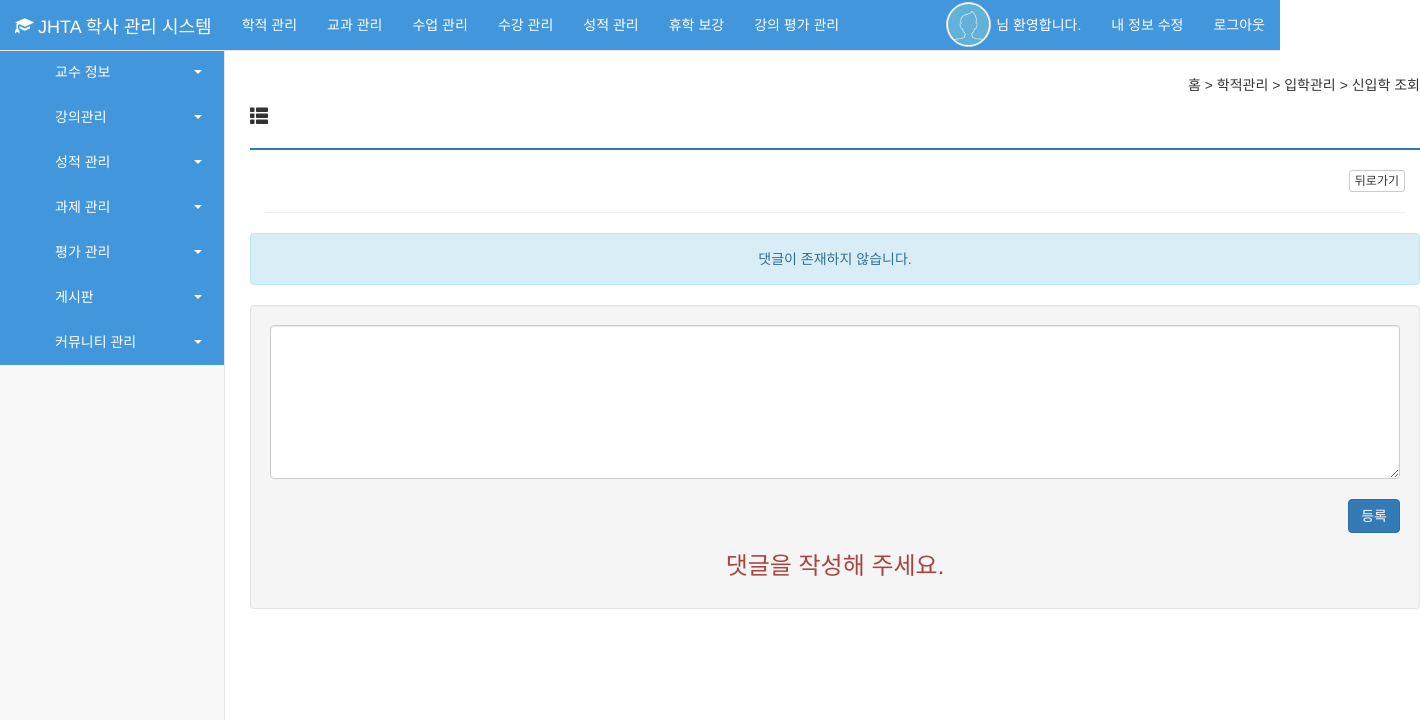
Repository: 92Hjun/spring
Page: http://localhost/spring-final/WEB-INF/views/profboard/profqnaboarddetail.jsp
These files come from the project's save history. The page is drawn as it stood at one moment and after the next save; the edit follows.
The browser window is 1280 px wide. The page is 1420 px wide, so the pictures cover 1420 px, including what lies to the right of the window. The pictures show the whole page.
Some web libraries are served in a nearby version. The page is served by Tomcat 9. Nobody is signed in. Other server files are loaded and not shown. The template is opened directly, without the code that normally fills it, so the values that code supplies are empty.

Above is the page before, as saved 2017-04-28 03:25:06.

### spring-final/src/main/webapp/WEB-INF/views/profboard/profqnaboarddetail.jsp
<%@ page language="java" contentType="text/html; charset=UTF-8"
    pageEncoding="UTF-8"%>
<%@taglib prefix="c" uri="http://java.sun.com/jsp/jstl/core" %>
<%@taglib prefix="fmt" uri="http://java.sun.com/jsp/jstl/fmt" %>
<!DOCTYPE html>
<html lang="ko">
<head>
<meta charset="UTF-8">
<meta name="viewport" content="width=device-width, initial-scale=1">
<link rel="stylesheet" href="https://maxcdn.bootstrapcdn.com/bootstrap/3.3.7/css/bootstrap.min.css">
<script src="https://ajax.googleapis.com/ajax/libs/jquery/3.1.1/jquery.min.js"></script>
<script src="https://maxcdn.bootstrapcdn.com/bootstrap/3.3.7/js/bootstrap.min.js"></script>
<title></title>
</head>
<body>
<%@ include file="/WEB-INF/views/navi/adminnavi.jsp" %>
<%@ include file="/WEB-INF/views/navi/sidebarprof.jsp" %>
	<div class="container" style="margin-left: 250px; padding-top:25px;">
		<div class="row text-right">
			홈 > 학적관리 > 입학관리 > 신입학 조회
		</div>
		<div class="row">
			<h4><span class="glyphicon glyphicon-th-list"></span>${board.title }</h4>
			<hr style="border:solid 0.5px #2C7BB5;">
		</div>
		<div class="container">
			<div class="text-center">
				<div>
					${board.contentsForHTML }
				</div>
				<c:if test="${!empty board.fileName }">
					<hr>
					<div>
						<img src="../resources/images/board/${board.fileName }">
					</div>
				</c:if>
			</div>
		</div>
		<div class="text-right">
			<a href="profqnaboard" class="btn btn-default btn-xs">뒤로가기</a>
		</div>
		<hr>
		<div class="row">
				<c:if test="${empty reviewList }">
					<div class="text-center">
						<div class="alert alert-info">댓글이 존재하지 않습니다.</div>
					</div>
				</c:if>
				<c:if test="${!empty reviewList }">
					<c:if test="${empty param.err eq 'invalid' }">
						<div class="text-center">
							<h3 class="text-danger">본인이 작성한 댓글만 삭제할수 있습니다.</h3>
						</div>
					</c:if>
					<c:forEach var="review" items="${reviewList }">
						<div class="well">
							<div class="">
								<strong>${review.writer }</strong>
								<span class="pull-right"><fmt:formatDate value="${review.regdate }"/></span>
							</div>
							<hr>
							<p>${review.contentsForBr }</p>
							<div class="text-right">
								<a href="deleteprofqnaboardreview?rno=${review.no }" class="btn btn-danger btn-xs">삭제</a>
							</div>
						</div>
						<hr>
					</c:forEach>
				</c:if>
			</div>
			<div class="row well">
				<form action="profqnaaddreview?bno=${board.no }" method="post">
					<textarea name="reviewContents" rows="7" class="form-control"></textarea>
					<div class="text-right" style="margin-top: 20px;">
						<button type="submit" class="btn btn-primary">등록</button>
					</div>
				</form>
				<c:if test="${!empty param.err eq 'deny' }">
					<div class="text-center">
						<h3 class="text-danger">댓글을 작성해 주세요.</h3>
					</div>
				</c:if>
			</div>
	</div>
<%@ include file="/WEB-INF/views/footer/footer.jsp" %>
</body>
</html>

### spring-final/src/main/webapp/WEB-INF/views/navi/adminnavi.jsp
<%@ page language="java" contentType="text/html; charset=UTF-8" pageEncoding="UTF-8"%>


 <style type="text/css">

@import url('//maxcdn.bootstrapcdn.com/font-awesome/4.4.0/css/font-awesome.min.css');

.navbar-default .navbar-nav #user-profile {
    height: 50px;
    padding-top: 15px;
    padding-left: 58px;
}

.navbar-default .navbar-nav #user-profile img {
    height: 45px;
    width: 45px;
    position: absolute;
    top: 2px;
    left: 8px;
    padding: 1px;
}

#wrapper {
    padding-top: 50px;
    padding-left: 0;
    -webkit-transition: all .5s ease;
    -moz-transition: all .5s ease;
    -o-transition: all .5s ease;
    transition: all .5s ease;
}

@media (min-width: 992px) {
    #wrapper {
        padding-left: 225px;
    }
}

@media (min-width: 992px) {
    #wrapper #sidebar-wrapper {
        width: 225px;
    }
}

#sidebar-wrapper {
    border-right: 1px solid #e7e7e7;
}

#sidebar-wrapper {
    z-index: 1000;
    position: fixed;
    left: 225px;
    width: 0;
    height: 100%;
    margin-left: -225px;
    overflow-y: auto;
    background: #f8f8f8;
    -webkit-transition: all .5s ease;
    -moz-transition: all .5s ease;
    -o-transition: all .5s ease;
    transition: all .5s ease;
}

#sidebar-wrapper .sidebar-nav {
    position: absolute;
    top: 0;
    width: 225px;
    font-size: 14px;
    margin: 0;
    padding: 0;
    list-style: none;
}

#sidebar-wrapper .sidebar-nav li {
    text-indent: 0;
    line-height: 45px;
}

#sidebar-wrapper .sidebar-nav li a {
    display: block;
    text-decoration: none;
    color: #fff;
}

#sidebar-wrapper .sidebar-nav li a .sidebar-icon {
    width: 45px;
    height: 45px;
    font-size: 14px;
    padding: 0 2px;
    display: inline-block;
    text-indent: 7px;
    margin-right: 10px;
    color: #000;
    float: left;
}

#sidebar-wrapper .sidebar-nav li a .caret {
  position: absolute;
  right: 23px;
  top: auto;
  margin-top: 20px;
}

#sidebar-wrapper .sidebar-nav li ul.panel-collapse {
    list-style: none;
    -moz-padding-start: 0;
    -webkit-padding-start: 0;
    -khtml-padding-start: 0;
    -o-padding-start: 0;
    padding-start: 0;
    padding: 0;
}

#sidebar-wrapper .sidebar-nav li ul.panel-collapse li i {
    margin-right: 10px;
}

#sidebar-wrapper .sidebar-nav li ul.panel-collapse li {
    text-indent: 15px;
}

@media (max-width: 992px) {
    #wrapper #sidebar-wrapper {
        width: 45px;
    }
    #wrapper #sidebar-wrapper #sidebar #sidemenu li ul {
        position: fixed;
        left: 45px;
        margin-top: -45px;
        z-index: 1000;
        width: 200px;
        height: 0;
    }
}

.sidebar-nav li a {
    color: #fff !important;
}
.sidebar-nav li ul li a {
	background-color: #fff !important;
	color: #0077e5 !important;
}
</style>
    <div id="navbar-wrapper">
        <header>
            <nav class="navbar navbar-default navbar-fixed-top" role="navigation" style="background-color: #4296dc;">
                <div class="container-fluid">
                    <div class="navbar-header">
                        <button type="button" class="navbar-toggle" data-toggle="collapse" data-target="#navbar-collapse">
                            <span class="sr-only">Toggle navigation</span>
                            <span class="icon-bar"></span>
                            <span class="icon-bar"></span>
                            <span class="icon-bar"></span>
                        </button>
                        <a class="navbar-brand" href="/jhta/admin/home" style="color: white;"><span class="glyphicon glyphicon-education"></span> JHTA 학사 관리 시스템</a>
                            <ul class="nav navbar-nav">
						      <li><a href="searchstud" style="color: white;">학적 관리</a></li>
						      <li><a href="semester" style="color: white;">교과 관리</a></li>
						      <li><a href="adminregstudent" style="color: white;">수업 관리</a></li>
						      <li><a href="adminregsubject" style="color: white;">수강 관리</a></li>
						      <li><a href="scorelist.do" style="color: white;">성적 관리</a></li>
						      <li><a href="supplementmakeuplesson.do" style="color: white;">휴학 보강</a></li>
						      <li><a href="scorelist.do" style="color: white;">강의 평가 관리</a></li>
    						</ul>
                    </div>

                    <div id="navbar-collapse" class="collapse navbar-collapse">
                        <ul class="nav navbar-nav navbar-right">
                        	<li><a id="user-profile" href="#"style="color: white;"><img src="/jhta/resources/images/student/PeoPleDefault.png" class="img-responsive img-thumbnail img-circle"> ${LOGIN_USER.name }님 환영합니다.</a></li>
                            <li><a href="#" style="color: white;">내 정보 수정</a></li>
                            <li><a href="/jhta/logout" style="color: white;">로그아웃</a></li>
                        </ul>
                    </div>
                </div>
            </nav>
        </header>
    </div>

### spring-final/src/main/webapp/WEB-INF/views/navi/sidebarprof.jsp
<%@ page language="java" contentType="text/html; charset=UTF-8"
    pageEncoding="UTF-8"%>

	<div id="wrapper">
        <div id="sidebar-wrapper">
            <aside id="sidebar">
                <ul id="sidemenu" class="sidebar-nav" style="background-color: #4296dc;">
                    <li>
                        <a class="accordion-toggle collapsed toggle-switch" data-toggle="collapse" data-target="#submenu-2">
                            <span class="sidebar-icon"></span><span class="sidebar-title">교수 정보</span>
                            <b class="caret"></b>
                        </a>
                        <ul id="submenu-2" class="panel-collapse collapse panel-switch" role="menu">
                            <li><a href="/jhta/prof/profinfo"><i class="fa fa-caret-right"></i>정보 조회</a></li>
                            <li><a href="/jhta/prof/profPwdCheck"><i class="fa fa-caret-right"></i>비밀번호 수정</a></li>
                        </ul>
                    </li>
                    <li>
                        <a class="accordion-toggle collapsed toggle-switch" data-toggle="collapse" href="#submenu-3">
                            <span class="sidebar-icon"></span><span class="sidebar-title">강의관리</span>
                            <b class="caret"></b>
                        </a>
                        <ul id="submenu-3" class="panel-collapse collapse panel-switch" role="menu">
                            <li><a href="/jhta/prof/subinfo"><i class="fa fa-caret-right"></i>강의 조회</a></li>
                            <li><a href="/jhta/prof/addenrollform"><i class="fa fa-caret-right"></i>강의 등록</a></li>
                            <li><a href="/jhta/prof/syllinfo"><i class="fa fa-caret-right"></i>강의계획서 조회</a></li>
                            <li><a href="/jhta/prof/syllform"><i class="fa fa-caret-right"></i>강의계획서 등록</a></li>
                            <li><a href="/jhta/prof/proftime"><i class="fa fa-caret-right"></i>시간표</a></li>
                        </ul>
                    </li>
                    <li>
                        <a class="accordion-toggle collapsed toggle-switch" data-toggle="collapse" href="#submenu-4">
                            <span class="sidebar-icon"></span><span class="sidebar-title">성적 관리</span>
                            <b class="caret"></b>
                        </a>
                        <ul id="submenu-4" class="panel-collapse collapse panel-switch" role="menu">
                            <li><a href="/jhta/prof/profscorelist"><i class="fa fa-caret-right"></i>성적 입력 / 정정</a></li>
                        </ul>
                    </li>
                    <li>
                        <a class="accordion-toggle collapsed toggle-switch" data-toggle="collapse" href="#submenu-5">
                            <span class="sidebar-icon"></span><span class="sidebar-title">과제 관리</span>
                            <b class="caret"></b>
                        </a>
                        <ul id="submenu-5" class="panel-collapse collapse panel-switch" role="menu">
                            <li><a href="/jhta/prof/report/reportform"><i class="fa fa-caret-right"></i>과제 등록</a></li>
                            <li><a href="/jhta/prof/report/reportinfo"><i class="fa fa-caret-right"></i>과제 현황 및 평가</a></li>
                        </ul>
                    </li>
                    <li>
                        <a class="accordion-toggle collapsed toggle-switch" data-toggle="collapse" href="#submenu-6">
                            <span class="sidebar-icon"></span><span class="sidebar-title">평가 관리</span>
                            <b class="caret"></b>
                        </a>
                        <ul id="submenu-6" class="panel-collapse collapse panel-switch" role="menu">
                            <li><a href="#"><i class="fa fa-caret-right"></i>강의 평가 등록</a></li>
                            <li><a href="#"><i class="fa fa-caret-right"></i>강의 평가 조회</a></li>
                        </ul>
                    </li>
                    <li>
                        <a class="accordion-toggle collapsed toggle-switch" data-toggle="collapse" href="#submenu-7">
                            <span class="sidebar-icon"></span><span class="sidebar-title">게시판</span>
                            <b class="caret"></b>
                        </a>
                        <ul id="submenu-7" class="panel-collapse collapse panel-switch" role="menu">
                            <li><a href="/jhta/prof/profqnaboard"><i class="fa fa-caret-right"></i>강의 Q/A</a></li>
                            <li><a href="/jhta/prof/profdeptboard"><i class="fa fa-caret-right"></i>학과 게시판</a></li>
                        </ul>
                    </li>
					<li>
					     <a class="accordion-toggle collapsed toggle-switch" data-toggle="collapse" href="#submenu-8">
					         <span class="sidebar-icon"></span><span class="sidebar-title">커뮤니티 관리</span>
					         <b class="caret"></b>
					     </a>
					     <ul id="submenu-8" class="panel-collapse collapse panel-switch" role="menu">
					         <li><a href="prorecmessagebox"><i class="fa fa-caret-right"></i>쪽지 관리</a></li>
					     </ul>
					 </li>
                </ul>
            </aside>
        </div>
    </div>

### spring-final/src/main/webapp/WEB-INF/views/footer/footer.jsp

		</div>
        <!-- /#page-wrapper -->
    </div>
    <!-- /#wrapper -->
</body>
</html>

After the next save:
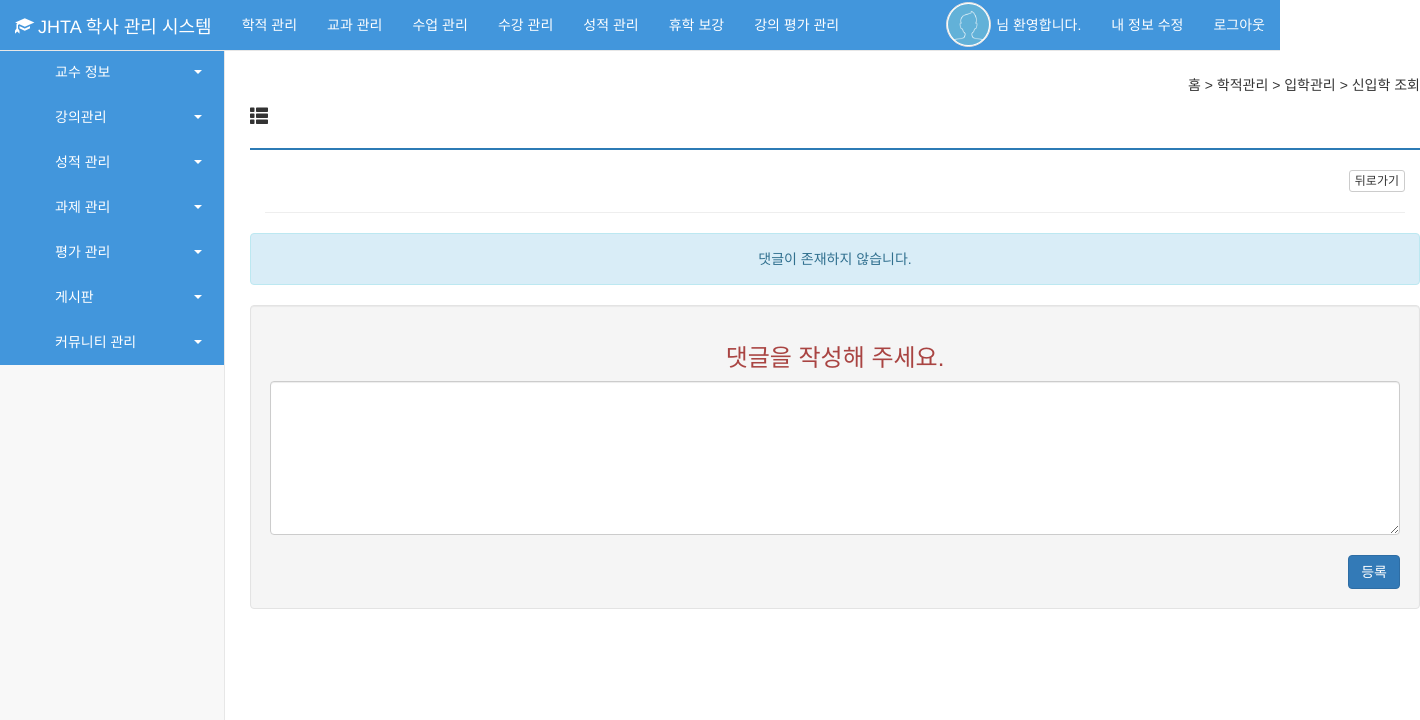
Saved 11 s later.
--- a/spring-final/src/main/webapp/WEB-INF/views/profboard/profqnaboarddetail.jsp
+++ b/spring-final/src/main/webapp/WEB-INF/views/profboard/profqnaboarddetail.jsp
@@ -69,17 +69,17 @@
 				</c:if>
 			</div>
 			<div class="row well">
+				<c:if test="${!empty param.err eq 'deny' }">
+					<div class="text-center">
+						<h3 class="text-danger">댓글을 작성해 주세요.</h3>
+					</div>
+				</c:if>
 				<form action="profqnaaddreview?bno=${board.no }" method="post">
 					<textarea name="reviewContents" rows="7" class="form-control"></textarea>
 					<div class="text-right" style="margin-top: 20px;">
 						<button type="submit" class="btn btn-primary">등록</button>
 					</div>
 				</form>
-				<c:if test="${!empty param.err eq 'deny' }">
-					<div class="text-center">
-						<h3 class="text-danger">댓글을 작성해 주세요.</h3>
-					</div>
-				</c:if>
 			</div>
 	</div>
 <%@ include file="/WEB-INF/views/footer/footer.jsp" %>
